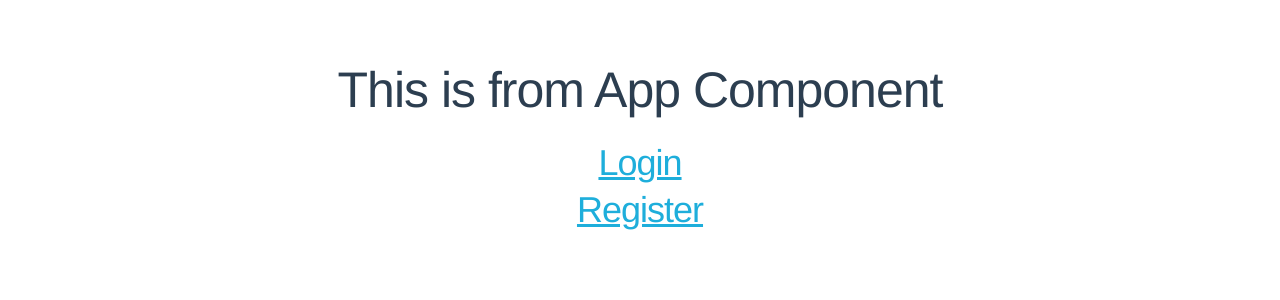
Repository: chsvk/Vue-JS-Course
Page: /
The author's editor kept a copy of each file at every save. The page is drawn from the files as they stood at one save, then again after the next save.
The browser window is 1280 px wide. The pictures show the whole page.
The project was rebuilt for these pictures with package versions that can differ from the ones it lists, and the page was loaded fresh each time. Also part of the build but not shown: src/components/Login.vue, src/components/Register.vue.

Above is the page before, as saved 2019-03-18 04:49:44.

After the next save:
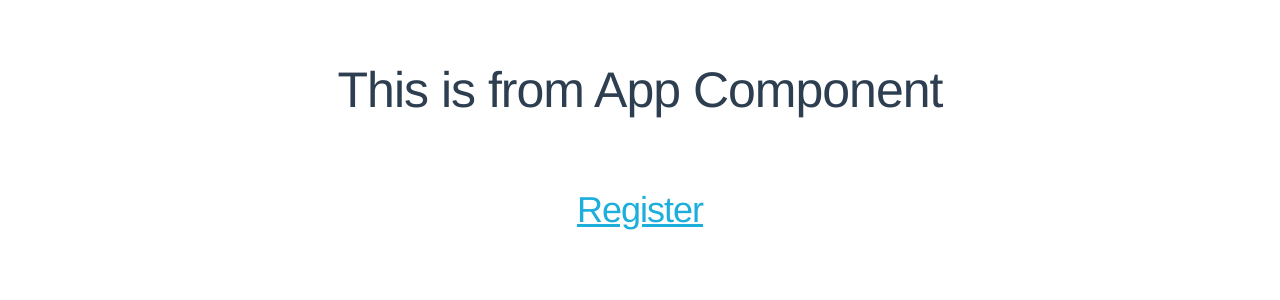
Saved 49 s later.
--- a/src/App.vue
+++ b/src/App.vue
@@ -2,7 +2,7 @@
   <div id="app">
     <h1>This is from App Component</h1>
     <h3>
-    <router-link :to="{name: 'Login', params: {message: messageToLogin}}">Login</router-link> <br>
+    <router-link>Login</router-link> <br>
     <router-link to="register">Register</router-link></h3>
     <router-view/>
   </div>

After the save that followed:
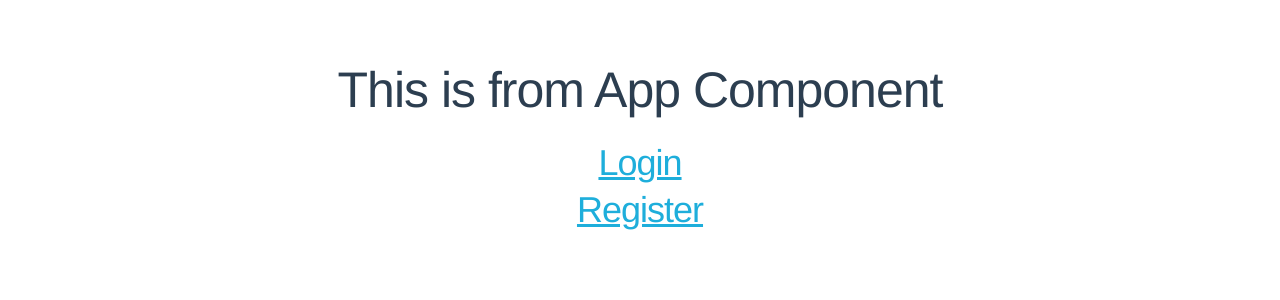
Saved 35 s later.
--- a/src/App.vue
+++ b/src/App.vue
@@ -2,7 +2,7 @@
   <div id="app">
     <h1>This is from App Component</h1>
     <h3>
-    <router-link>Login</router-link> <br>
+    <router-link to="login">Login</router-link> <br>
     <router-link to="register">Register</router-link></h3>
     <router-view/>
   </div>
